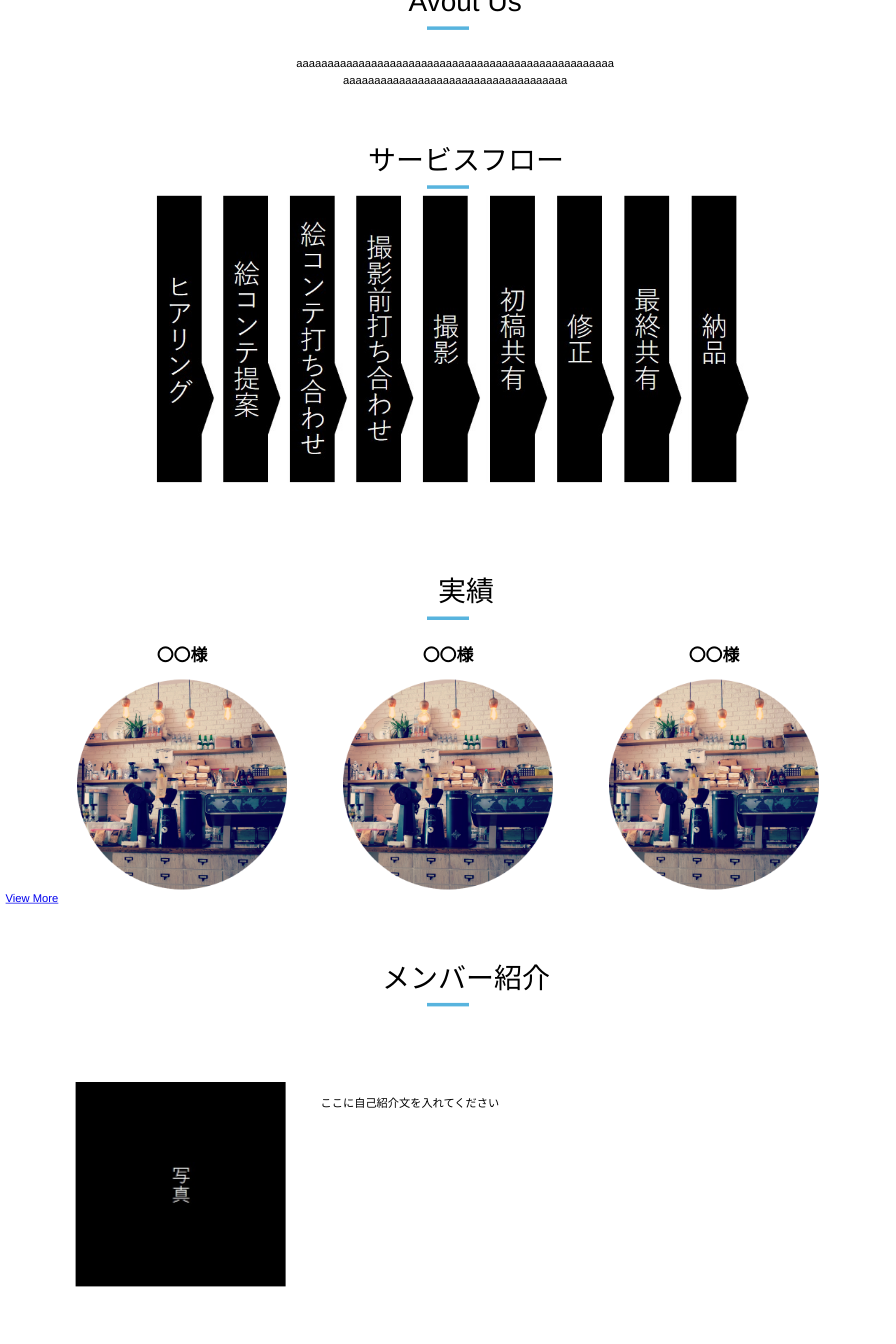
Repository: takumi-kojima0901/js.practice
Page: carkichi/carkichi.html
The author's editor kept a record of every edit. The page is drawn from the files as they stood at one moment, then again after the next edit.
The browser window is 1280 px wide. The pictures show the part of the page from y = 654 to 2574 px (the page is 2574 px tall), at 70% of full size.

Above is the page before.

### carkichi/carkichi.html
<!doctype html>
<html lang="ja">

<head>
<meta charset="UTF-8">
<title>仮</title>
<link rel="stylesheet" media="all" href="carkichi.css">

</head>

<body>

    <header id="header">
	 <img src="scale.jpg" alt="">
    	<div id="slogan">
	    	<h1>キャッチフレーズ</h1>
	    	<h2>説明文を入れます説明文を入れます</h2>
    	</div>
　  </header>

　<section id="about">
　	<div class = "section_title">
　		Avout Us
　	</div>
　	<div class = "about_service">
　		aaaaaaaaaaaaaaaaaaaaaaaaaaaaaaaaaaaaaaaaaaaaaaaaaaa
　		<br>
　		aaaaaaaaaaaaaaaaaaaaaaaaaaaaaaaaaaaa
　	</div>

　</section>


<!-- サービスフロー -->
　<section id="service_flow">
　	<div class = "section_title">
　		サービスフロー
　	</div>
	<div class = "flow_area">
	    <div class = "flow_part">

	        <p>
	            <a href = "#modal-01">
	            	 <div class = "detail_botton" >
	                      <img src = "flow1.jpg" width:122px height:264px>
	                 </div>
	            </a>
	            <div class="modal-wrapper" id="modal-01">
	            	<a href="#!" class="modal-overlay"></a>
	            	      <div class="modal-window">
	            	      	<div class="modal-content">
	            	      		<h4>Modal window</h4>
	            	      		　　<p>
	            	      		　　	Lorem ipsum dolor sit amet, consectetur adipiscing elit. Morbi ut cursus felis. Etiam hendrerit turpis at massa auctor semper.
	            	      		　　</p>
	            	      	</div>
	            	<a href="#!" class="modal-close">×</a>
	            	      </div>
	        　　</div>
	        </p>

	        <p>
	            <a href = "#modal-02">
	            	 <div class = "detail_botton" >
	                      <img src = "flow2.jpg" width:122px height:264px>
	                 </div>
	            </a>
	            <div class="modal-wrapper" id="modal-02">
	            	<a href="#!" class="modal-overlay"></a>
	            	    <div class="modal-window">
	            	    	<div class="modal-content">
	            	    		<h4>gggggggggggggggg</h4>
	            	    		   <p>
	            	    		   aaaaaaaaaaaaaaaaaaaaaaaaaaaaaaaaaaaaaaaaaaaaaaaaaaa
	            	    		   </p>
	            	    	</div>
	            	<a href="#!" class="modal-close">×</a>
	            	　　</div>
	            </div>
	        </p>

	        <p>
	            <a href = "#modal-03">
	            	 <div class = "detail_botton" >
	                      <img src = "flow3.jpg" width:122px height:264px>
	                 </div>
	            </a>
	            <div class="modal-wrapper" id="modal-03">
	            	<a href="#!" class="modal-overlay"></a>
	            	    <div class="modal-window">
	            	    	<div class="modal-content">
	            	    		<h4>sss</h4>
	            	    		<p>
                                   ssss
	            	    		</p>
	            	    	</div>
	            	<a href="#!" class="modal-close">×</a>
	            	　　</div>
	            </div>
	        </p>

	        <p>
	            <a href = "#modal-04">
	            	 <div class = "detail_botton" >
	                      <img src = "flow4.jpg" width:122px height:264px>
	                 </div>
	            </a>
	            <div class="modal-wrapper" id="modal-04">
	            	<a href="#!" class="modal-overlay"></a>
	            	    <div class="modal-window">
	            	    	<div class="modal-content">
	            	    		<h4>fffffffffff</h4>
	            	    		<p>
	            	    			ffffffffffffffffffff
	            	    		</p>
	            	    	</div>
	            	<a href="#!" class="modal-close">×</a>
	            	　　</div>
	            </div>
	        </p>

	        <p>
	            <a href = "#modal-05">
	            	 <div class = "detail_botton" >
	                      <img src = "flow5.jpg" width:122px height:264px>
	                 </div>
	            </a>
	            <div class="modal-wrapper" id="modal-05">
	            	<a href="#!" class="modal-overlay"></a>
	            	    <div class="modal-window">
	            	    	<div class="modal-content">
	            	    		<h4>ddddddddddddd</h4>
	            	    		<p>
	            	    			ddddddddddddddd
	            	    		</p>
	            	    	</div>
	            	<a href="#!" class="modal-close">×</a>
	            	　　</div>
	            </div>
	        </p>

	        <p>
	            <a href = "#modal-06">
	            	 <div class = "detail_botton" >
	                      <img src = "flow6.jpg" width:122px height:264px>
	                 </div>
	            </a>
	            <div class="modal-wrapper" id="modal-06">
	            	<a href="#!" class="modal-overlay"></a>
	            	    <div class="modal-window">
	            	    	<div class="modal-content">
	            	    		<h4>kkkkkkkkkkkkk</h4>
	            	    		<p>
	            	    			kkkkkkkkkkkkk
	               	    		</p>
	            	    	</div>
	            	<a href="#!" class="modal-close">×</a>
	            	　　</div>
	            </div>
	        </p>

	        <p>
	            <a href = "#modal-07">
	            	 <div class = "detail_botton" >
	                      <img src = "flow7.jpg" width:122px height:264px>
	                 </div>
	            </a>
	            <div class="modal-wrapper" id="modal-07">
	            	<a href="#!" class="modal-overlay"></a>
	            	    <div class="modal-window">
	            	    	<div class="modal-content">
	            	    		<h4>llllllllllllll</h4>
	            	    		<p>
	            	    			lllllllllllllll
	               	    		</p>
	            	    	</div>
	            	<a href="#!" class="modal-close">×</a>
	            	　　</div>
	            </div>
	        </p>

	        <p>
	            <a href = "#modal-08">
	            	 <div class = "detail_botton" >
	                      <img src = "flow8.jpg" width:122px height:264px>
	                 </div>
	            </a>
	            <div class="modal-wrapper" id="modal-08">
	            	<a href="#!" class="modal-overlay"></a>
	            	    <div class="modal-window">
	            	    	<div class="modal-content">
	            	    		<h4>kkkkkkkkkkkkk</h4>
	            	    		<p>
	            	    			kkkkkkkkkkkkk
	               	    		</p>
	            	    	</div>
	            	<a href="#!" class="modal-close">×</a>
	            	　　</div>
	            </div>
	        </p>

	        <p>
	            <a href = "#modal-09">
	            	 <div class = "detail_botton" >
	                      <img src = "flow9.jpg" width:122px height:264px>
	                 </div>
	            </a>
	            <div class="modal-wrapper" id="modal-09">
	            	<a href="#!" class="modal-overlay"></a>
	            	    <div class="modal-window">
	            	    	<div class="modal-content">
	            	    		<h4>kkkkkkkkkkkkk</h4>
	            	    		<p>
	            	    			kkkkkkkkkkkkk
	               	    		</p>
	            	    	</div>
	            	<a href="#!" class="modal-close">×</a>
	            	　　</div>
	            </div>
	        </p>
	    </div>
	</div>


　</section>

　<section id="service_detail">

　</section>

<!-- // サービスフロー -->

<!-- 実績 -->
　<section id="service_Performance">
　	<div class = "section_title">
　		実績
　	</div>
    <div class = "inner">
    	<ul class = "performance">
    		<div>
  			  <h2>〇〇様</h2>
    			<div class = "performance_image">
    				<img src = "circleImg01.png"style="width:300px">
    			</div>
    		</div>
    	<ul>
    	<ul class = "performance">
    		<div>
  			  <h2>〇〇様</h2>
    			<div class = "performance_image">
    				<img src = "circleImg01.png"style="width:300px">
    			</div>
    		</div>
    	<ul>
    	<ul class = "performance">
    		<div>
  			  <h2>〇〇様</h2>
    			<div class = "performance_image">
    				<img src = "circleImg01.png" style="width:300px">
    			</div>
    		</div>
    	<ul>
    </div>

    <div class="container">
    	<a href="#" class="btn-box">View More</a>
    </div>

　</section>
<!-- // 実績 -->

<!-- メンバー紹介 -->
　<section id="member">
　	<div class = "section_title">
　		メンバー紹介
　	</div>
　	<br>
　	<div class = "nagao">
        <img src = "kari.jpg" style="width:300px">
        <p class = "sentence">ここに自己紹介文を入れてください</p>
    </div>





　</section>
<!-- // メンバー紹介 -->



</body>

### carkichi/carkichi.css
body{
    font-family: Helvetica, "ヒラギノ角ゴ Pro W3", "Hiragino Kaku Gothic Pro", sans-serif;
	font-weight: 300;
	-webkit-text-size-adjust:100%;
	overflow-x: hidden;
	color: #000;
	background: white;
}

.section_title{
    text-align:center;
    font-size:40px;
}

.section_title:after {
    xposition: absolute;
    content: '';
    display: block;
    xtop: 50%;
    xleft: 50%;
    width: 60px;
    height: 5px;
    margin: 10px auto;
    background: #58b4de
}


/* ヘッダー
------------------------------------------------------------*/
#header{
	position: relative;
    overflow:hidden;
    width:100%;
    height:568px;
}

#header img{
    position:absolute;
    width:1600px;
    height:900px;
}

#slogan{
	position: absolute;
    top: 50%;
	width: 100%;
	-webkit-transform: translate(0, -50%);
  　transform: translate(0, -50%);
	color: black;
	line-height: 1.2;
	text-align: left;
	left :20%;
}

/* About Us
------------------------------------------------------------*/

.about_service{
    text-align:center;
}


/* サービスフロー
------------------------------------------------------------*/
.flow_part{
    display:flex;
    margin:0 auto;
    text-align:center;
    justify-content: center;
}

.detail_botton img{
  cursor: pointer;
  transition-duration: 0.3s;;
}

.detail_botton:hover img{
  opacity: 0.6;
  transition-duration: 0.3s;;
}


/* モーダルウィンドウ
------------------------------------------------------------*/

.modal-wrapper {
  z-index: 999;
  position: fixed;
  top: 0;
  right: 0;
  bottom: 0;
  left: 0;
  padding: 40px 10px;
  text-align: center
}

.modal-wrapper:not(:target) {
  opacity: 0;
  visibility: hidden;
  transition: opacity .3s, visibility .3s;
}

.modal-wrapper:target {
  opacity: 1;
  visibility: visible;
  transition: opacity .4s, visibility .4s;
}

.modal-wrapper::after {
  display: inline-block;
  height: 100%;
  margin-left: -.05em;
  vertical-align: middle;
  content: ""
}

.modal-wrapper .modal-window {
  box-sizing: border-box;
  display: inline-block;
  z-index: 20;
  position: relative;
  width: 70%;
  max-width: 600px;
  padding: 30px 30px 15px;
  border-radius: 2px;
  background: #fff;
  box-shadow: 0 0 30px rgba(0, 0, 0, .6);
  vertical-align: middle
}

.modal-wrapper .modal-window .modal-content {
  max-height: 80vh;
  overflow-y: auto;
  text-align: left
}

.modal-overlay {
  z-index: 10;
  position: absolute;
  top: 0;
  right: 0;
  bottom: 0;
  left: 0;
  background: rgba(0, 0, 0, .8)
}

.modal-wrapper .modal-close {
  z-index: 20;
  position: absolute;
  top: 0;
  right: 0;
  width: 35px;
  color: #95979c !important;
  font-size: 20px;
  font-weight: 700;
  line-height: 35px;
  text-align: center;
  text-decoration: none;
  text-indent: 0
}

.modal-wrapper .modal-close:hover {
  color: #2b2e38 !important
}



/* サービスperformance
------------------------------------------------------------*/
#service_Performance{
    clear:both;
}

.performance{
    display:flex;
    margin:0 auto;
    text-align:center;
    justify-content: center;
}

.performance_image　img{
    width:20px;
}

.h2{
    text-align:center;
}


/* members
------------------------------------------------------------*/
.nagao{
    display:flex;
    margin:50px 100px 50px 100px;
}

.sentence{
  margin-left: 50px;
}

After the next edit:
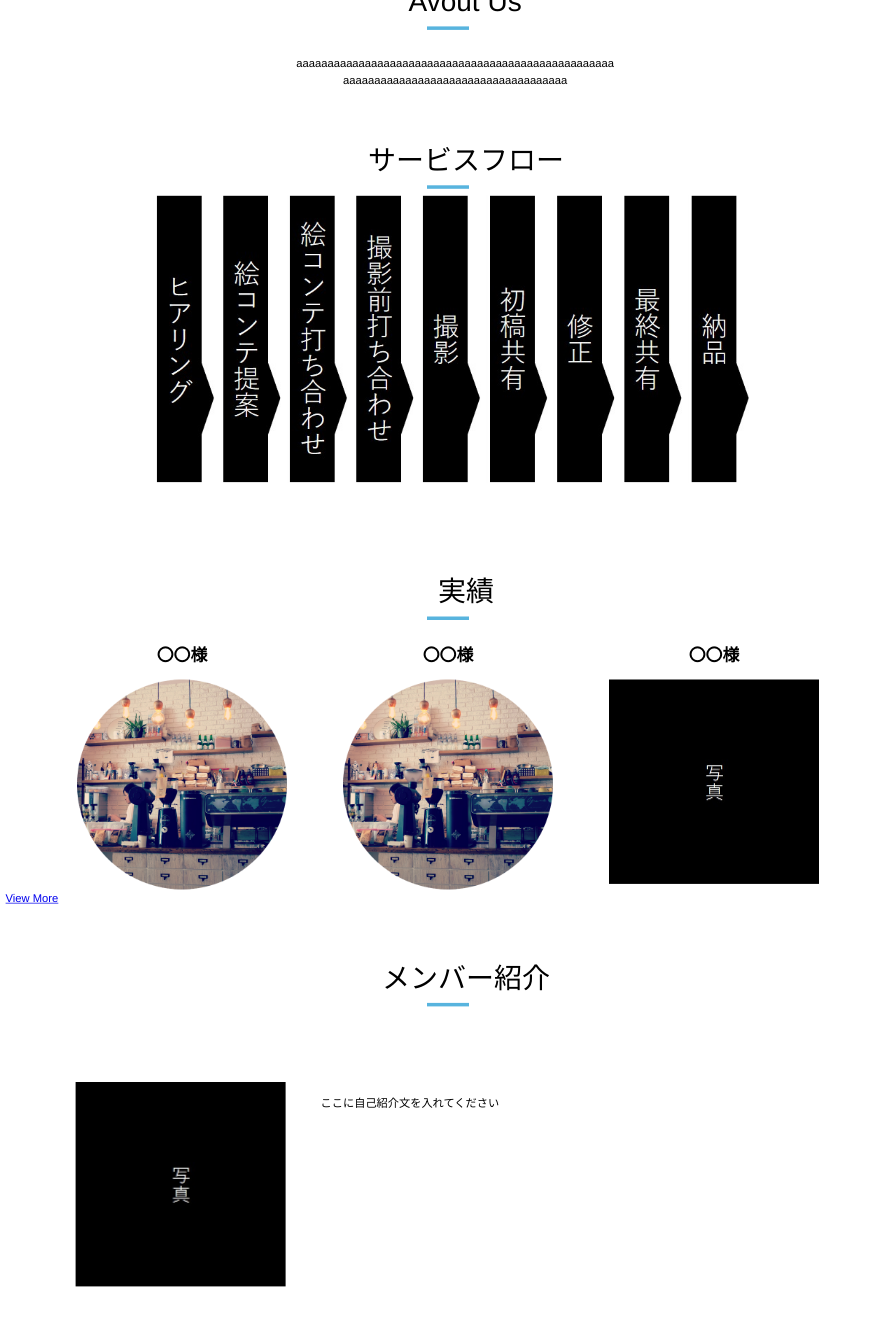
The edit:
--- a/carkichi/carkichi.html
+++ b/carkichi/carkichi.html
@@ -256,7 +256,7 @@
     		<div>
   			  <h2>〇〇様</h2>
     			<div class = "performance_image">
-    				<img src = "circleImg01.png" style="width:300px">
+    				<img src = "kari.jpg" style="width:300px">
     			</div>
     		</div>
     	<ul>
